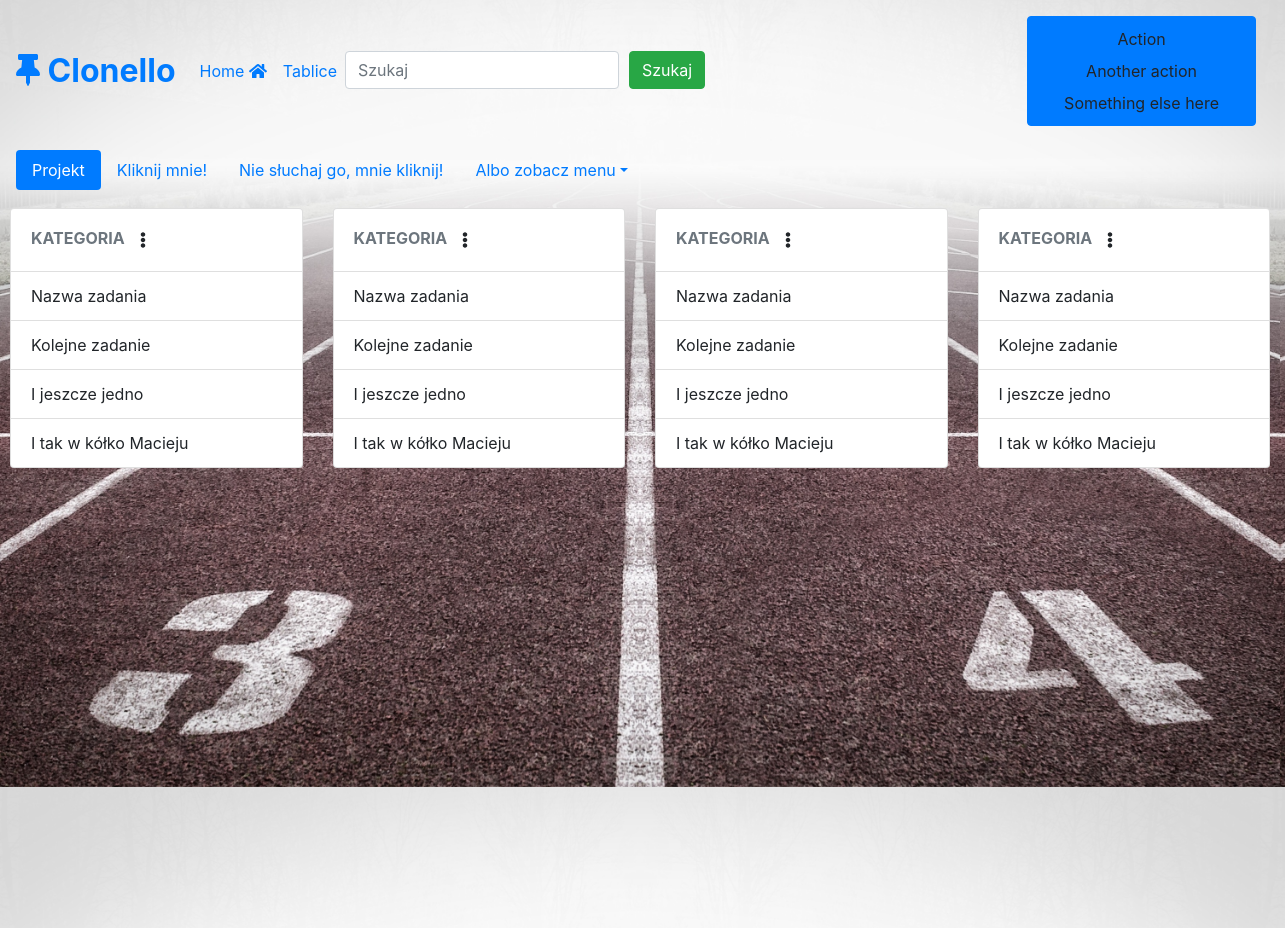
Repository: jnehlt/PAW-lab
Page: / (app in Frontend/clonello/)
An editor plug-in stored every save of this project. The page is shown before and after the next save, followed by the edit.
The browser window is 1280 px wide. The page is 1285 px wide, so the pictures cover 1285 px, including what lies to the right of the window. The pictures show the whole page.
The project was rebuilt for these pictures with package versions that can differ from the ones it lists, and the page was loaded fresh each time.

Above is the page before, as saved 2020-04-24 22:33:58.

After the next save:
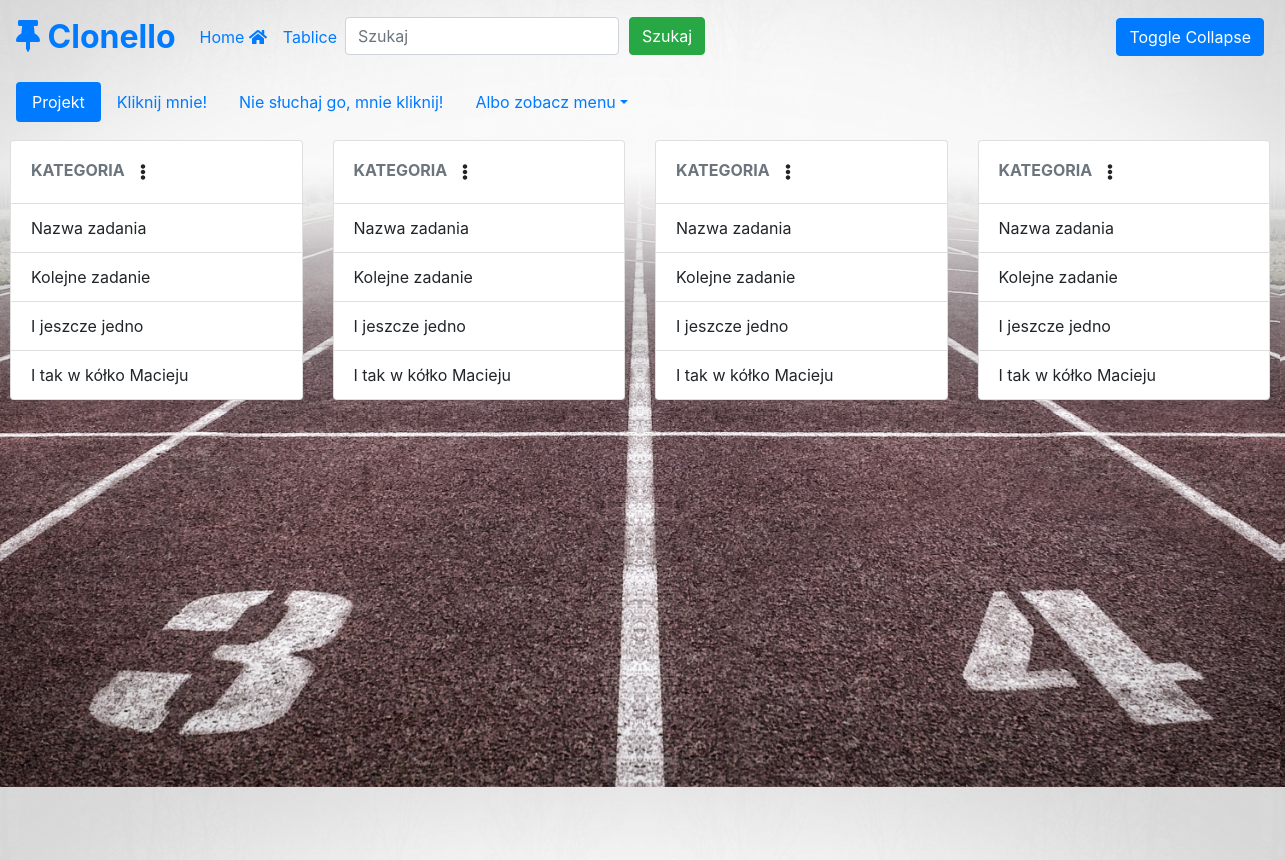
Saved 106 s later.
--- a/Frontend/clonello/src/components/TopHeader.vue
+++ b/Frontend/clonello/src/components/TopHeader.vue
@@ -22,11 +22,16 @@
         </ul>
         <ul class="navbar-right navbar-nav">
           <li>
-            <b-button id="dropdown-right" right text="Right align" variant="primary" class="m-2">
-              <b-dropdown-item href="#">Action</b-dropdown-item>
-              <b-dropdown-item href="#">Another action</b-dropdown-item>
-              <b-dropdown-item href="#">Something else here</b-dropdown-item>
-            </b-button>
+            <b-button v-b-toggle.collapse-1 variant="primary">Toggle Collapse</b-button>
+  <b-collapse id="collapse-1" class="mt-2">
+    <b-card>
+      <p class="card-text">Collapse contents Here</p>
+      <b-button v-b-toggle.collapse-1-inner size="sm">Toggle Inner Collapse</b-button>
+      <b-collapse id="collapse-1-inner" class="mt-2">
+        <b-card>Hello!</b-card>
+      </b-collapse>
+    </b-card>
+  </b-collapse>
           </li>
         </ul>
       </div>
